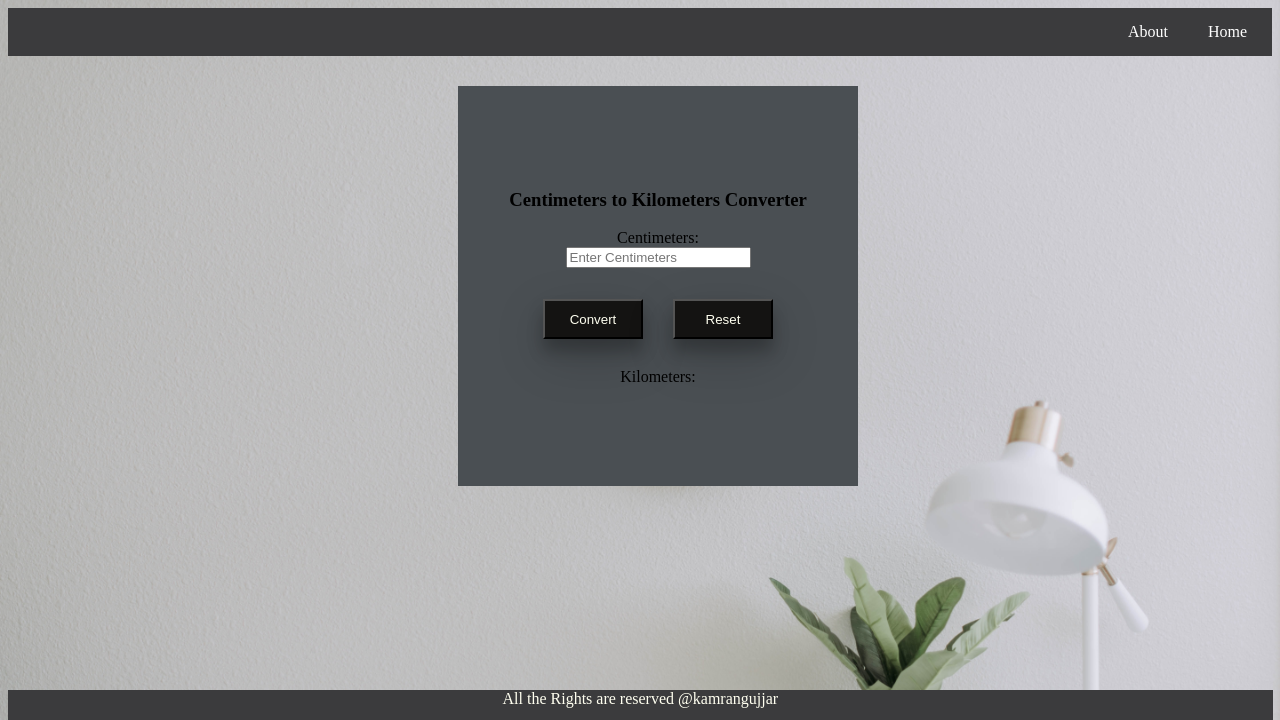
Repository: Kamrangujjar85112/Length-Converter
Page: html/cm_km.html
An editor plug-in stored every save of this project. The page is shown before and after the next save, followed by the edit.
The browser window is 1280 px wide. The pictures show the whole page.

Above is the page before, as saved 2022-01-21 22:44:37.

### html/cm_km.html
<!-- centimeters to kilometers -->
<!DOCTYPE html>
<html lang="en">
<head>
    <meta charset="UTF-8">
    <meta http-equiv="X-UA-Compatible" content="IE=edge">
    <meta name="viewport" content="width=device-width, initial-scale=1.0">
    <title>CM to KM</title>
    <link rel="stylesheet" href="../css/style.css">
</head>
<body>
    <div class="container ">
        <div class="header">
            <nav>
                <ul class="nav-ul">
                    <li class="nav-li"><a href="home.html">Home</a></li>
                    <li class="nav-li"><a href="about.html">About</a></li>
                </ul>
            </nav>
        </div>
        <div class="flex-container">
            <div>
                <h3>Centimeters to Kilometers Converter</h3>

            <label>Centimeters:</label><br>
            <input type="number" id="centimetersToKilometers" placeholder="Enter Centimeters" value=""><br><br>
            <button id="convert">Convert</button>
            <input type="reset" value="Reset" id="reset"><br>
            <p>Kilometers: <span id="cmToKm"></span></p>

          </div>

    </div>
            <footer class="footer">
                <span>All the Rights are reserved @kamrangujjar</span>
              </footer>
    </div>
    <script src="../js/converter.js"></script>
</body>
</html>

### css/style.css
  body{
    background-image: url('backg.jpg');
    background-repeat: no-repeat;
    background-attachment: fixed;
    background-size: cover;

}
.aboutclass {
    background-color: ivory;
    list-style: none;
    margin: auto;
    width: 50%;
    padding-bottom: 30px;
    margin-bottom: 20px;
    color: #3F51B5;
}
.listFlex {
    display: flex;
    align-items: center;
    list-style: none;
}

img {
  width: 300px;
  height: 300px;
  padding-left: 150px;
}
.header{
    top: 0;
    width: 100%;
    margin: 0;
    position: relative;

}
.nav-ul{
    list-style-type: none;
    margin: 0;
    overflow: hidden;
    background: rgb(59, 59, 61);
  }

.nav-li {
    padding-right: 10px;
    float: right;
    align-items: inherit;
}

.nav-li a {
    display: block;
    color: rgb(255, 255, 255);
    text-align:center;
    padding: 15px 15px;
    text-decoration: none;
}
.link {
    list-style: none;
    text-align: left;
    align-items: left;
    margin: 10px;
    width: 300px;
}
.nav-li a:hover {
    background-color: #0ac577;
}
footer{
    bottom: 0;
    width: 98.8%;
    position: fixed;
    color: ivory;
    height: 30px;
    text-align: center;
    background: rgb(59, 59, 61);
}
button{
    width: 100%;
    height:40px;
    color: ivory;
    background-color: #141312;
    margin:13px;
    box-shadow: 0 12px 16px 0 rgba(0,0,0,0.24), 0 17px 50px 0 rgba(0,0,0,0.19);
}
#convert{
    width: 100px;
    height:40px;
    color: ivory;
    background-color: #141312;
    margin:13px;
    box-shadow: 0 12px 16px 0 rgba(0,0,0,0.24), 0 17px 50px 0 rgba(0,0,0,0.19);
}
#reset{
    width: 100px;
    height:40px;
    color: ivory;
    background-color: #141312;
    margin:13px;
    box-shadow: 0 12px 16px 0 rgba(0,0,0,0.24), 0 17px 50px 0 rgba(0,0,0,0.19);
}
.flex-container {
    margin-top: 30px;
    margin-left: 450px;
    display: flex;
    justify-content: center;
    align-items: center;
    height: 400px;
    width: 400px;
    background-color: rgb(74, 79, 83);
    text-align: center;
  }

### js/converter.js
const inputCmToMm = document.getElementById('centimetersToMilimeters');
const inputMiToKm = document.getElementById('milesToKilometers');
const inputMToCm = document.getElementById('metersToCentimeters');
const inputCmToKm = document.getElementById('centimetersToKilometers');
const inputKmToM = document.getElementById('kilometersToMeters');
const inputMiToM = document.getElementById('milesToMeters');
const inputFValue = document.getElementById('firstValue');
const inputSValue = document.getElementById('secondValue');
const p = document.getElementById('percent');
const convert = document.getElementById('convert');
const reset = document.getElementById('reset');



// // Converter
// centimeters To kilometers
convert?.addEventListener('click', function converter(){

if(inputCmToKm?.value){
    const Km2 = inputCmToKm?.value / 100000;
    document.getElementById('cmToKm').innerHTML = inputCmToKm?.value +' Centimeters are equal to ' +Km2 + ' Kilometers';
}
// centimeters To Milimeters
if(inputCmToMm?.value){
    const Mm = inputCmToMm?.value * 10;
    document.getElementById('cmToMm').innerHTML = inputCmToMm?.value +' Centimeters are equal to ' +Mm + ' Milimeters';
}
// Miles to kilometers
if(inputMiToKm?.value){
    const Km1 = inputMiToKm?.value * 1.609;
    document.getElementById('miToKm').innerHTML = inputMiToKm?.value +' Miles are equal to ' +Km1 + ' Kilometers';
}
// Meters to Centimeters
if(inputMToCm?.value){
    const Cm1 = inputMToCm?.value * 100;
    document.getElementById('mToCm').innerHTML = inputMToCm?.value +' Meters are equal to ' +Cm1 + ' Centimeters';
}
// kilometers To meters
if(inputKmToM?.value){
    const M1 = inputKmToM?.value * 1000;
    document.getElementById('kmToM').innerHTML = inputKmToM?.value +' Kilometers are equal to ' +M1 + ' Meters';
}
// Miles To meters
if(inputMiToM?.value){
    const M2 = inputMiToM?.value * 1609;
    document.getElementById('miToM').innerHTML = inputMiToM?.value +' Miles are equal to ' +M2 + ' Meters';
}
// percentage
if(inputFValue?.value || inputSValue?.value){
    const fValue = inputFValue?.value;
    const sValue = inputSValue?.value;
    const p = fValue * 100 / sValue;
    document.getElementById('percent').innerHTML = 'The Percentage of ' + fValue +' in ' +sValue + ' is ' + p ;
}
});

// // reset

reset?.addEventListener('click', function reset(){

// centimeters To kilometers
if(inputCmToKm?.value){
document.getElementById('centimetersToKilometers').value = "";
document.getElementById('cmToKm').innerHTML = "";
}
// centimeters To Milimeters
if(inputCmToMm?.value){
    document.getElementById('centimetersToMilimeters').value= "";
    document.getElementById('cmToMm').innerHTML = "";
}
// Miles to kilometers
if(inputMiToKm?.value){
    document.getElementById('milesToKilometers').value = "";
    document.getElementById('miToKm').innerHTML = "";
}
// Meters to Centimeters
if(inputMToCm?.value){
    document.getElementById('metersToCentimeters').value = "";
    document.getElementById('mToCm').innerHTML = "";
}
// kilometers To meters
if(inputKmToM?.value){
    document.getElementById('kilometersToMeters').value = "";
    document.getElementById('kmToM').innerHTML = "";
}
// Miles To Meters
if(inputMiToM?.value){
    document.getElementById('milesToMeters').value = "";
    document.getElementById('miToM').innerHTML = "";
}
// percentage
if(inputFValue?.value || inputSValue?.value){
    document.getElementById('firstValue').value = "";
    document.getElementById('secondValue').value = "";
    document.getElementById('percent').innerHTML = "";
}
});

After the next save:
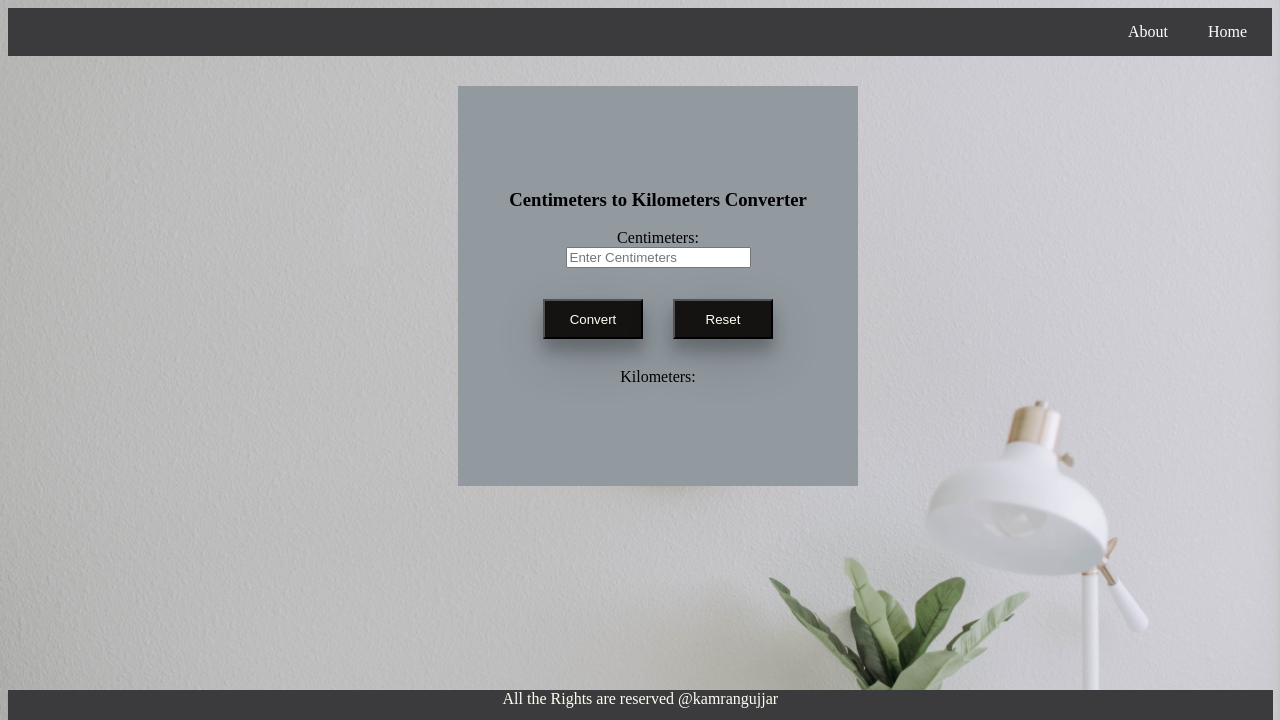
Saved 22 s later.
--- a/css/style.css
+++ b/css/style.css
@@ -103,6 +103,6 @@ button{
     align-items: center;
     height: 400px;
     width: 400px;
-    background-color: rgb(74, 79, 83);
+    background-color: rgb(146, 154, 160);
     text-align: center;
   }
